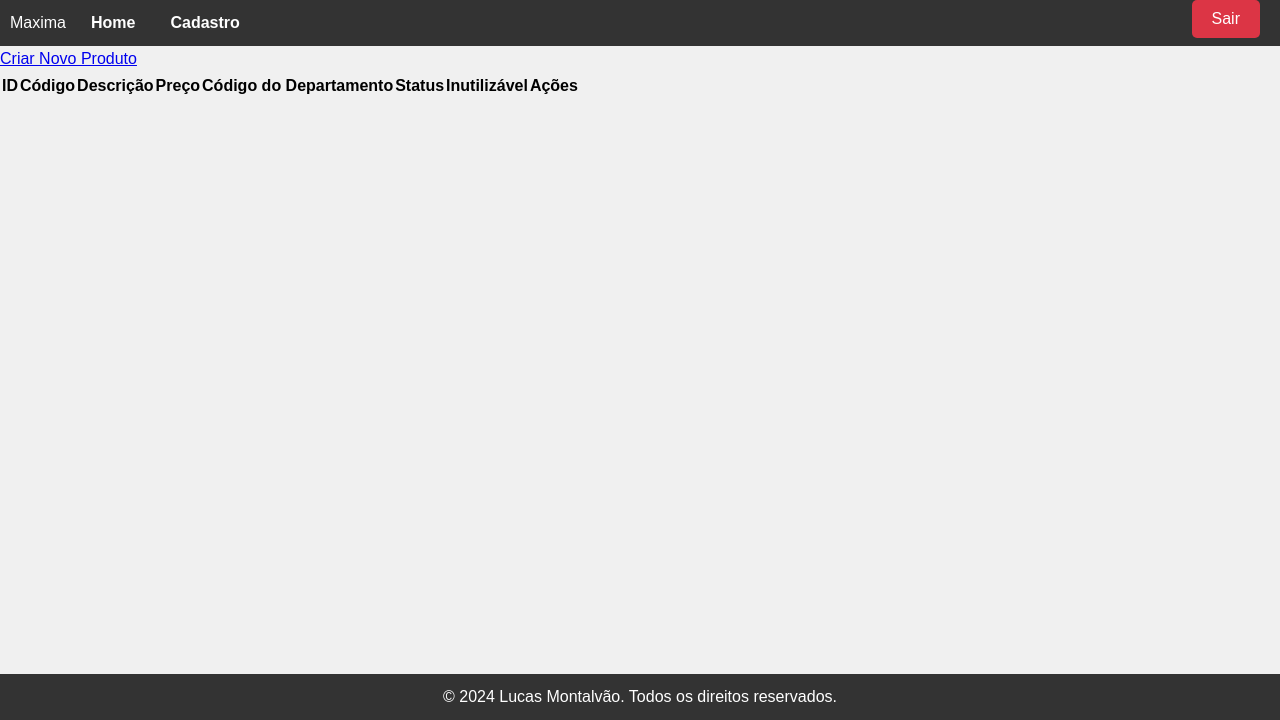
Repository: LucasMontalvao1/ProjetoMaxima
Page: /produto (app in AngularMaxima/)
An editor plug-in stored every save of this project. The page is shown before and after the next save, followed by the edit.
The browser window is 1280 px wide. The pictures show the whole page.
The page's requests for data from a server got no answer. The project was rebuilt for these pictures with package versions that can differ from the ones it lists, and the page was loaded fresh each time. No one was signed in, and anything a server would have sent is missing. Also part of the build but not shown: AngularMaxima/angular.json, AngularMaxima/src/app/pages/login/login.component.ts, AngularMaxima/src/app/pages/home/home.component.ts.

Above is the page before, as saved 2024-07-14 20:10:12.

### AngularMaxima/src/index.html
<!doctype html>
<html lang="en">
<head>
  <meta charset="utf-8">
  <title>AngularMaxima</title>
  <base href="/">
  <meta name="viewport" content="width=device-width, initial-scale=1">
  <link rel="icon" type="image/x-icon" href="favicon.ico">
</head>
<body>
  <app-root></app-root>
</body>
</html>

### AngularMaxima/src/styles.css
* {
  margin: 0;
  padding: 0;
  box-sizing: border-box;
}

body {
  font-family: Arial, sans-serif;
  background-color: #f0f0f0;
  font-size: 16px;
  line-height: 1.6;
}

.container {
  display: flex;
  flex-direction: column;
  justify-content: space-between;
  min-height: 100vh;
}

### AngularMaxima/src/app/app.module.ts
import { NgModule } from '@angular/core';
import { BrowserModule } from '@angular/platform-browser';

import { AppRoutingModule } from './app-routing.module';
import { AppComponent } from './app.component';
import { LoginComponent } from './pages/login/login.component';
import { ReactiveFormsModule } from '@angular/forms';
import { HttpClientModule } from '@angular/common/http';
import { AuthService } from './services/auth.service';
import { HomeComponent } from './pages/home/home.component';
import { MenuComponent } from './layout/menu/menu.component';
import { FooterComponent } from './layout/footer/footer.component';
import { ProdutosComponent } from './pages/produto/produto.component';

@NgModule({
  declarations: [
    AppComponent,
    LoginComponent,
    HomeComponent,
    MenuComponent,
    FooterComponent,
    ProdutosComponent,

  ],
  imports: [
    BrowserModule,
    AppRoutingModule,
    ReactiveFormsModule,
    HttpClientModule
  ],
  providers: [AuthService],
  bootstrap: [AppComponent]
})
export class AppModule { }

### AngularMaxima/src/app/app-routing.module.ts
import { NgModule } from '@angular/core';
import { RouterModule, Routes } from '@angular/router';
import { LoginComponent } from './pages/login/login.component';
import { HomeComponent } from './pages/home/home.component';
import { ProdutosComponent } from './pages/produto/produto.component';

const routes: Routes = [
  { path: '', redirectTo: '/login', pathMatch: 'full'},
  { path: 'login', component: LoginComponent},
  { path: 'home', component: HomeComponent},
  { path: 'produto', component: ProdutosComponent},
  { path: 'home', component: HomeComponent},
];

@NgModule({
  imports: [RouterModule.forRoot(routes)],
  exports: [RouterModule]
})
export class AppRoutingModule { }

### AngularMaxima/src/app/app.component.ts
import { Component } from '@angular/core';

@Component({
  selector: 'app-root',
  templateUrl: './app.component.html',
  styleUrls: ['./app.component.css']
})
export class AppComponent {
  title = 'AngularMaxima';
}

### AngularMaxima/src/app/services/auth.service.ts
import { Injectable } from '@angular/core';
import { HttpClient } from '@angular/common/http';
import { Observable } from 'rxjs';
import { environment } from '../../../src/environments/environment';
import { Router } from '@angular/router';

@Injectable({
  providedIn: 'root'
})
export class AuthService {

  private apiUrl = environment.apiUrl;

  constructor(private http: HttpClient, private router: Router) { }

  login(username: string, password: string): Observable<any> {
    const body = { username, password };
    return this.http.post<any>(`${this.apiUrl}/login`, body, { responseType: 'text' as 'json' });
  }

    logout() {
    this.router.navigate(['/login']);
    }
}

### AngularMaxima/src/app/layout/menu/menu.component.ts
import { Component } from '@angular/core';
import { AuthService } from '../../services/auth.service';

@Component({
  selector: 'app-menu',
  templateUrl: './menu.component.html',
  styleUrls: ['./menu.component.css']
})
export class MenuComponent {

  constructor(private authService: AuthService) {}

  logout() {
    this.authService.logout();
  }
}

### AngularMaxima/src/app/pages/produto/produto.component.ts
// produtos.component.ts

import { Component, OnInit } from '@angular/core';
import { Produto } from '../../models/produto.model';
import { ProdutoService } from '../../services/produto.service';

@Component({
  selector: 'app-produtos',
  templateUrl: './produto.component.html',
  styleUrls: ['./produto.component.css']
})
export class ProdutosComponent implements OnInit {
  produtos: Produto[] = []; // Inicializando a propriedade produtos como um array vazio

  constructor(private produtoService: ProdutoService) { }

  ngOnInit(): void {
    this.CarregarProdutos();
  }

  CarregarProdutos(): void {
    this.produtoService.getAllProdutos().subscribe(
      (data: Produto[]) => {
        this.produtos = data;
      },
      (error) => {
        console.error('Erro ao carregar produtos:', error);
      }
    );
  }

  buscarProdutoPorId(id: number): void {
    this.produtoService.getProdutoById(id).subscribe(
      (produto: Produto) => {
        console.log('Produto encontrado:', produto);
        // Aqui você pode implementar lógica para lidar com o produto encontrado
      },
      (error) => {
        console.error('Erro ao buscar produto por ID:', error);
      }
    );
  }


  criarProduto(): void {
    const novoProduto: Produto = {
      codigo: 'NovoCodigo',
      descricao: 'Nova Descrição',
      preco: 0,
      departamentoCodigo: '001',
      status: 0,
      inutilizavel: 0
    };

    this.produtoService.createProduto(novoProduto).subscribe(
      (response: Produto) => {
        console.log('Produto criado com sucesso:', response);
        this.CarregarProdutos(); // Recarrega a lista de produtos após criar um novo
      },
      (error) => {
        console.error('Erro ao criar produto:', error);
      }
    );
  }

  editarProduto(id: number): void {
    // Implemente conforme necessário, utilizando o serviço ProdutoService
    // Exemplo de uso: this.produtoService.updateProduto(id, produto).subscribe(...)
  }

  detalhesProduto(id: number): void {
    // Implemente conforme necessário, utilizando o serviço ProdutoService
    // Exemplo de uso: this.produtoService.getProdutoById(id).subscribe(...)
  }

  excluirProduto(id: number): void {
    if (confirm('Tem certeza que deseja apagar este produto?')) {
      this.produtoService.deleteProduto(id).subscribe(
        () => {
          console.log('Produto excluído com sucesso.');
          this.CarregarProdutos(); // Recarrega a lista de produtos após excluir um produto
        },
        (error) => {
          console.error('Erro ao apagar produto:', error);
        }
      );
    }
  }
}

### AngularMaxima/src/environments/environment.ts
export const environment = {
  production: false,
  apiUrl: 'https://localhost:7041'
};

### AngularMaxima/src/app/layout/menu/menu.component.html
<div class="menu-container">
  <nav class="menu">
    <ul>
      <li>Maxima</li>
      <li><a routerLink="/home">Home</a></li>
      <li class="cadastro">
        <a href="#">Cadastro</a>
        <div class="submenu">
          <a routerLink="/produto">Produtos</a>
          <a routerLink="/departamento">Departamentos</a>
        </div>
      </li>
    </ul>
  </nav>

  <div class="user-actions">
    <button class="logout-button" (click)="logout()">Sair</button>
  </div>
</div>

### AngularMaxima/src/app/layout/menu/menu.component.css
/* styles.css (ou menu.component.css) */

.menu {
  background-color: #333;
  color: white;
  padding: 10px;
  display: flex;
  justify-content: space-between;
  align-items: center;
  position: relative; /* Adicionado para posicionamento absoluto do submenu */
  width: 100%;
}

.menu ul {
  list-style-type: none;
  display: flex;
}

.menu ul li {
  margin-right: 15px;
  position: relative; /* Adicionado para posicionamento absoluto do submenu */
}

.menu ul li a {
  color: white;
  text-decoration: none;
  font-weight: bold;
  padding: 10px;
  position: relative;
}

.menu ul li a:hover {
  text-decoration: underline;
}

.submenu {
  display: none;
  position: absolute;
  background-color: #333;
  padding: 10px;
  top: 100%; /* Posiciona o submenu abaixo do item de menu */
  left: 0;
  z-index: 1; /* Garante que o submenu apareça sobre outros elementos */
}

.menu ul li.cadastro:hover .submenu {
  display: block; /* Mostra o submenu quando o mouse passa sobre o item de menu */
}

.user-actions {
  margin-left: auto;
}

.logout-button {
  background-color: #dc3545;
  color: white;
  border: none;
  padding: 10px 20px;
  border-radius: 5px;
  cursor: pointer;
  font-size: 1rem;
}

.logout-button:hover {
  background-color: #c82333;
}

.header {
  position: fixed;
  top: 0;
  left: 0;
  width: 100%;
  background-color: #333;
  color: white;
  padding: 10px 20px;
  display: flex;
  justify-content: space-between;
  align-items: center;
}

.menu-container {
  display: flex;
  align-items: center; /* Ajuste para centralizar verticalmente */
}

.user-actions {
  position: absolute;
  top: 0;
  right: 20px; /* Ajuste a margem direita conforme necessário */
}

### AngularMaxima/src/app/layout/footer/footer.component.html
<footer class="footer">
  <p>&copy; 2024 Lucas Montalvão. Todos os direitos reservados.</p>
</footer>

### AngularMaxima/src/app/layout/footer/footer.component.css
.footer {
  background-color: #333;
  color: white;
  text-align: center;
  padding: 10px 0;
  width: 100%;
  position: fixed;
  bottom: 0;
  left: 0;
  z-index: 1000; /* Ajuste conforme necessário */
}

### AngularMaxima/src/app/pages/produto/produto.component.html
<app-menu></app-menu>
<p>
    <a routerLink="/produtos/create" class="btn btn-primary">Criar Novo Produto</a>
</p>

<table class="custom-table table-striped table-hover">
    <thead>
        <tr>
            <th>ID</th>
            <th>Código</th>
            <th>Descrição</th>
            <th>Preço</th>
            <th>Código do Departamento</th>
            <th>Status</th>
            <th>Inutilizável</th>
            <th>Ações</th>
        </tr>
    </thead>
    <tbody>
        <tr *ngFor="let produto of produtos">
            <td>{{ produto.id }}</td>
            <td>{{ produto.codigo }}</td>
            <td>{{ produto.descricao }}</td>
            <td>{{ produto.preco | currency }}</td>
            <td>{{ produto.departamentoCodigo }}</td>
            <td>{{ produto.status }}</td>
            <td>{{ produto.inutilizavel }}</td>
            <td>
                <a routerLink="/produto/edit/{{ produto.id }}" class="btn btn-primary">Editar</a>
                <a routerLink="/produto/details/{{ produto.id }}" class="btn btn-primary">Detalhes</a>
                <button (click)="(produto.id)" class="btn btn-danger">Apagar</button>
            </td>
        </tr>
    </tbody>
</table>
<app-footer></app-footer>

### AngularMaxima/src/app/pages/produto/produto.component.css
/* produtos.component.css */

.table {
  width: 90%;
  margin: 20px auto; /* Centraliza a tabela com margem */
}

.table th, .table td {
  text-align: center;
  padding: 12px; /* Aumenta o padding para dar mais espaço nos botões */
}

.table th {
  background-color: #007BFF; /* Cor azul para o cabeçalho */
  color: white;
  font-size: 16px;
  font-weight: bold;
}

.table td {
  background-color: #f8f9fa; /* Cor de fundo das células */
}

.table .btn {
  border-radius: 8px; /* Borda arredondada */
  margin-right: 15px;
  padding: 10px 16px; /* Aumenta o padding para deixar os botões maiores */
}

.table .btn-primary {
  background-color: #007BFF; /* Cor azul para os botões "Editar" e "Detalhes" */
  color: white;
}

.table .btn-primary:hover {
  background-color: #0056b3; /* Cor mais escura ao passar o mouse */
}

.table .btn-danger {
  background-color: #dc3545; /* Cor vermelha para o botão "Apagar" */
  color: white;
}

.table .btn-danger:hover {
  background-color: #c82333; /* Cor mais escura ao passar o mouse */
}

### AngularMaxima/src/app/services/produto.service.ts
import { Injectable } from '@angular/core';
import { HttpClient } from '@angular/common/http';
import { Observable } from 'rxjs';
import { environment } from '../../../src/environments/environment';
import { Router } from '@angular/router';
import { Produto } from '../models/produto.model';

@Injectable({
  providedIn: 'root'
})
export class ProdutoService {

  private apiUrl = environment.apiUrl;

  constructor(private http: HttpClient, private router: Router) { }

  getAllProdutos(): Observable<Produto[]> {
    return this.http.get<Produto[]>(`${this.apiUrl}/produto`);
  }

  getProdutoById(id: number): Observable<Produto> {
    return this.http.get<Produto>(`${this.apiUrl}/produtos/${id}`);
  }

  createProduto(produto: Produto): Observable<Produto> {
    return this.http.post<Produto>(`${this.apiUrl}/produtos`, produto);
  }

  updateProduto(id: number, produto: Produto): Observable<Produto> {
    return this.http.put<Produto>(`${this.apiUrl}/produtos/${id}`, produto);
  }

  deleteProduto(id: number): Observable<any> {
    return this.http.delete<any>(`${this.apiUrl}/produtos/${id}`);
  }
}

Loaded but not shown: AngularMaxima/src/main.ts (common file); AngularMaxima/src/app/layout/footer/footer.component.ts (common file); AngularMaxima/src/app/app.component.html (common file); AngularMaxima/src/app/app.component.css (no stored copy; drawn as an empty file)

After the next save:
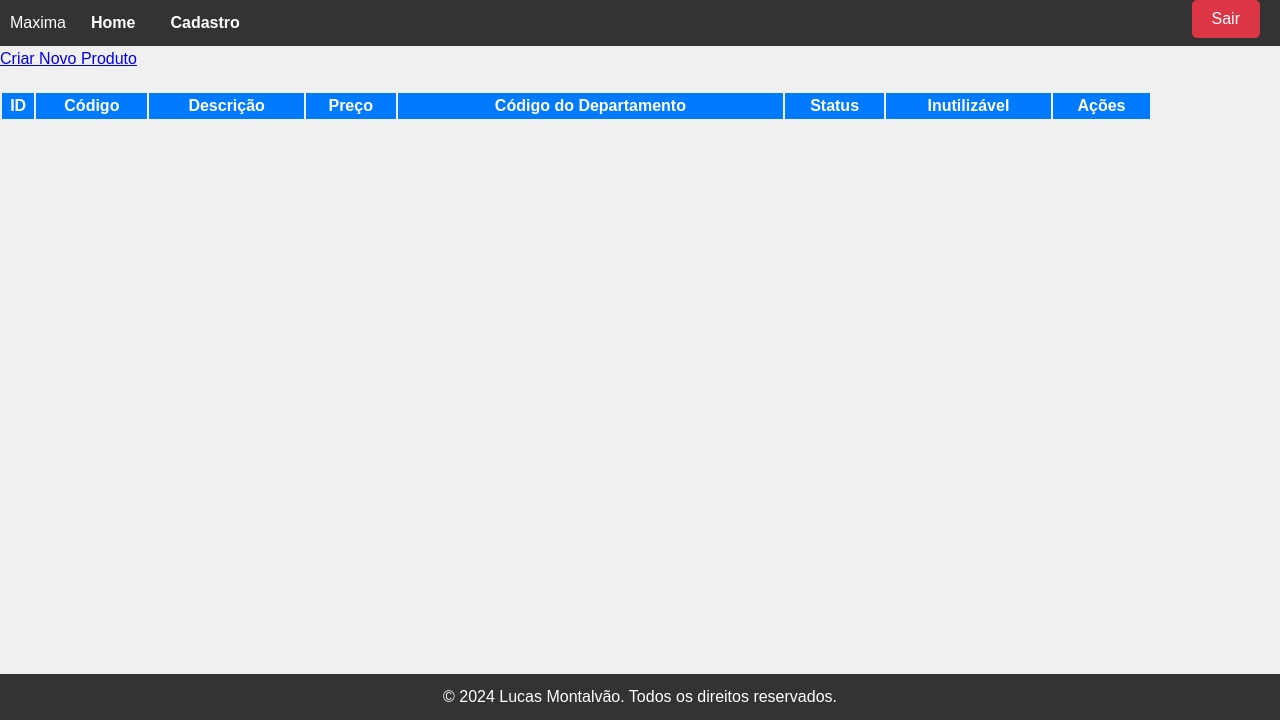
Saved 9 s later.
--- a/AngularMaxima/src/app/pages/produto/produto.component.css
+++ b/AngularMaxima/src/app/pages/produto/produto.component.css
@@ -1,46 +1,40 @@
-/* produtos.component.css */
-
-.table {
+.custom-table {
   width: 90%;
-  margin: 20px auto; /* Centraliza a tabela com margem */
+  margin-top: 20px;
+  text-align: center; /* Centraliza o texto das células */
 }
 
-.table th, .table td {
-  text-align: center;
-  padding: 12px; /* Aumenta o padding para dar mais espaço nos botões */
-}
-
-.table th {
-  background-color: #007BFF; /* Cor azul para o cabeçalho */
+.custom-table th {
+  background-color: #007BFF;
   color: white;
   font-size: 16px;
   font-weight: bold;
 }
 
-.table td {
-  background-color: #f8f9fa; /* Cor de fundo das células */
+.custom-table td {
+  background-color: #f8f9fa;
 }
 
-.table .btn {
-  border-radius: 8px; /* Borda arredondada */
+.custom-table .btn {
+  border-radius: 8px;
   margin-right: 15px;
-  padding: 10px 16px; /* Aumenta o padding para deixar os botões maiores */
+  padding: 10px 16px;
 }
 
-.table .btn-primary {
-  background-color: #007BFF; /* Cor azul para os botões "Editar" e "Detalhes" */
+.custom-table .btn-primary {
+  background-color: #007BFF;
   color: white;
 }
 
-.table .btn-primary:hover {
-  background-color: #0056b3; /* Cor mais escura ao passar o mouse */
+.custom-table .btn-primary:hover {
+  background-color: #0056b3;
 }
 
-.table .btn-danger {
-  background-color: #dc3545; /* Cor vermelha para o botão "Apagar" */
+.custom-table .btn-danger {
+  background-color: #dc3545;
   color: white;
 }
 
-.table .btn-danger:hover {
-  background-color: #c82333; /* Cor mais escura ao passar o mouse */
+.custom-table .btn-danger:hover {
+  background-color: #c82333;
 }

After the save that followed:
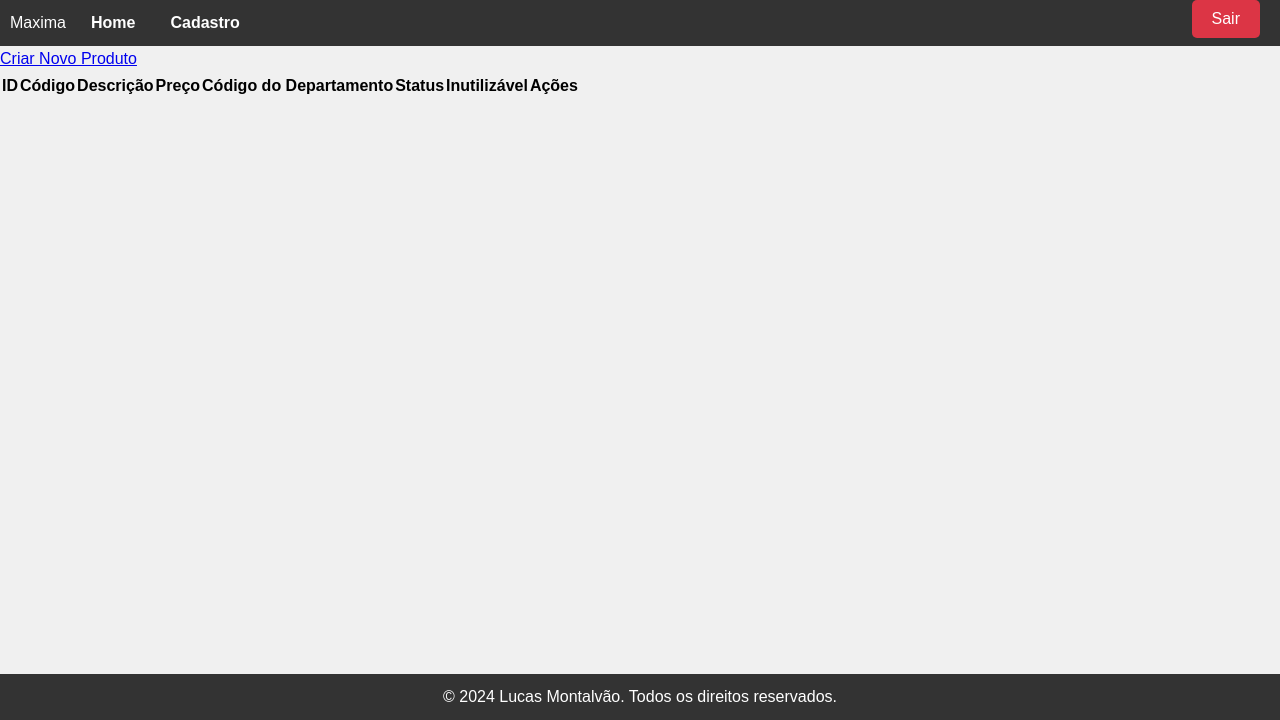
Saved 6 s later.
--- a/AngularMaxima/src/app/pages/produto/produto.component.css
+++ b/AngularMaxima/src/app/pages/produto/produto.component.css
@@ -1,40 +1,46 @@
-.custom-table {
+/* produtos.component.css */
+
+.table {
   width: 90%;
-  margin-top: 20px;
-  text-align: center; /* Centraliza o texto das células */
+  margin: 20px auto; /* Centraliza a tabela com margem */
 }
 
-.custom-table th {
-  background-color: #007BFF;
+.table th, .table td {
+  text-align: center;
+  padding: 12px; /* Aumenta o padding para dar mais espaço nos botões */
+}
+
+.table th {
+  background-color: #007BFF; /* Cor azul para o cabeçalho */
   color: white;
   font-size: 16px;
   font-weight: bold;
 }
 
-.custom-table td {
-  background-color: #f8f9fa;
+.table td {
+  background-color: #f8f9fa; /* Cor de fundo das células */
 }
 
-.custom-table .btn {
-  border-radius: 8px;
+.table .btn {
+  border-radius: 8px; /* Borda arredondada */
   margin-right: 15px;
-  padding: 10px 16px;
+  padding: 10px 16px; /* Aumenta o padding para deixar os botões maiores */
 }
 
-.custom-table .btn-primary {
-  background-color: #007BFF;
+.table .btn-primary {
+  background-color: #007BFF; /* Cor azul para os botões "Editar" e "Detalhes" */
   color: white;
 }
 
-.custom-table .btn-primary:hover {
-  background-color: #0056b3;
+.table .btn-primary:hover {
+  background-color: #0056b3; /* Cor mais escura ao passar o mouse */
 }
 
-.custom-table .btn-danger {
-  background-color: #dc3545;
+.table .btn-danger {
+  background-color: #dc3545; /* Cor vermelha para o botão "Apagar" */
   color: white;
 }
 
-.custom-table .btn-danger:hover {
-  background-color: #c82333;
+.table .btn-danger:hover {
+  background-color: #c82333; /* Cor mais escura ao passar o mouse */
 }
